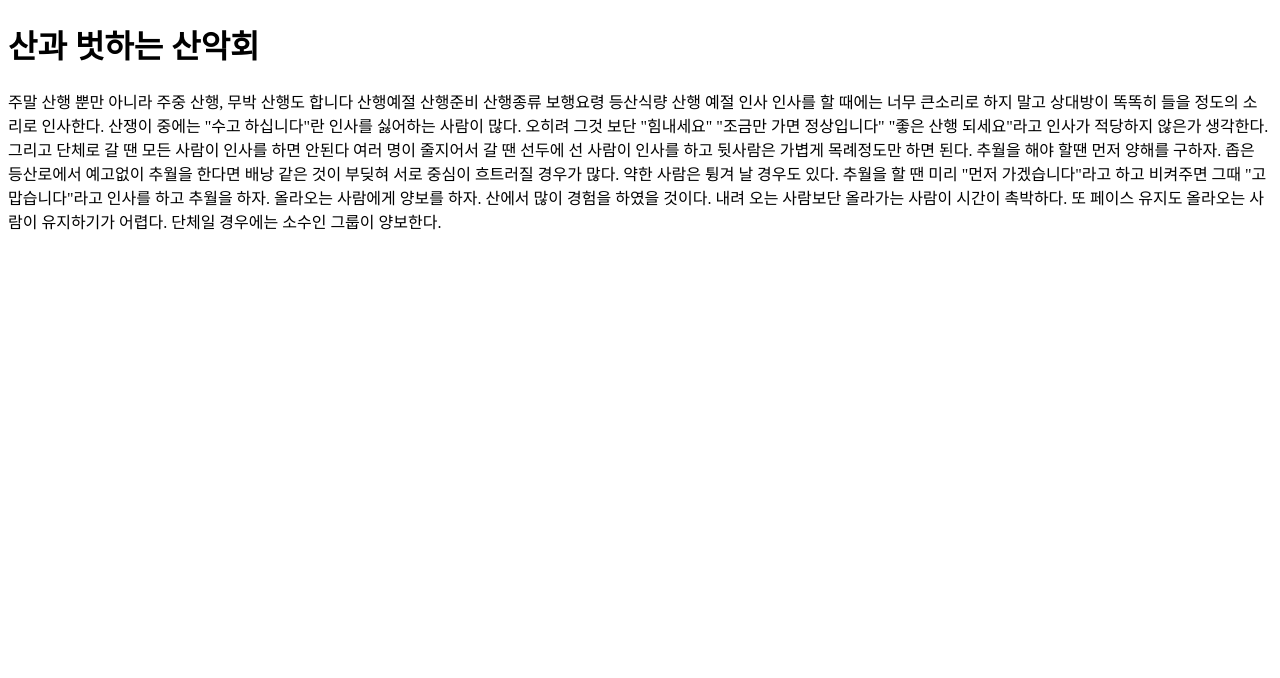
Repository: Cheol-Cheol/KOSA
Page: Kcc_web/Html/WebContent/sample1.html
An editor plug-in stored every save of this project. The page is shown before and after the next save, followed by the edit.
The browser window is 1280 px wide. The pictures show the whole page.

Above is the page before, as saved 2024-07-08 06:46:31.

### Kcc_web/Html/WebContent/sample1.html
<!DOCTYPE html>
<html>
<head>
<meta charset="UTF-8">
<title>Insert title here</title>
</head>
<body>
	<header>
		<h1>산과 벗하는 산악회</h1>
	</header>

	주말 산행 뿐만 아니라 주중 산행, 무박 산행도 합니다 산행예절 산행준비 산행종류 보행요령 등산식량 산행 예절 인사 인사를 할
	때에는 너무 큰소리로 하지 말고 상대방이 똑똑히 들을 정도의 소리로 인사한다. 산쟁이 중에는 "수고 하십니다"란 인사를 싫어하는
	사람이 많다. 오히려 그것 보단 "힘내세요" "조금만 가면 정상입니다" "좋은 산행 되세요"라고 인사가 적당하지 않은가
	생각한다. 그리고 단체로 갈 땐 모든 사람이 인사를 하면 안된다 여러 명이 줄지어서 갈 땐 선두에 선 사람이 인사를 하고
	뒷사람은 가볍게 목례정도만 하면 된다. 추월을 해야 할땐 먼저 양해를 구하자. 좁은 등산로에서 예고없이 추월을 한다면 배낭 같은
	것이 부딪혀 서로 중심이 흐트러질 경우가 많다. 약한 사람은 튕겨 날 경우도 있다. 추월을 할 땐 미리 "먼저 가겠습니다"라고
	하고 비켜주면 그때 "고맙습니다"라고 인사를 하고 추월을 하자. 올라오는 사람에게 양보를 하자. 산에서 많이 경험을 하였을
	것이다. 내려 오는 사람보단 올라가는 사람이 시간이 촉박하다. 또 페이스 유지도 올라오는 사람이 유지하기가 어렵다. 단체일
	경우에는 소수인 그룹이 양보한다.
</body>
</html>

After the next save:
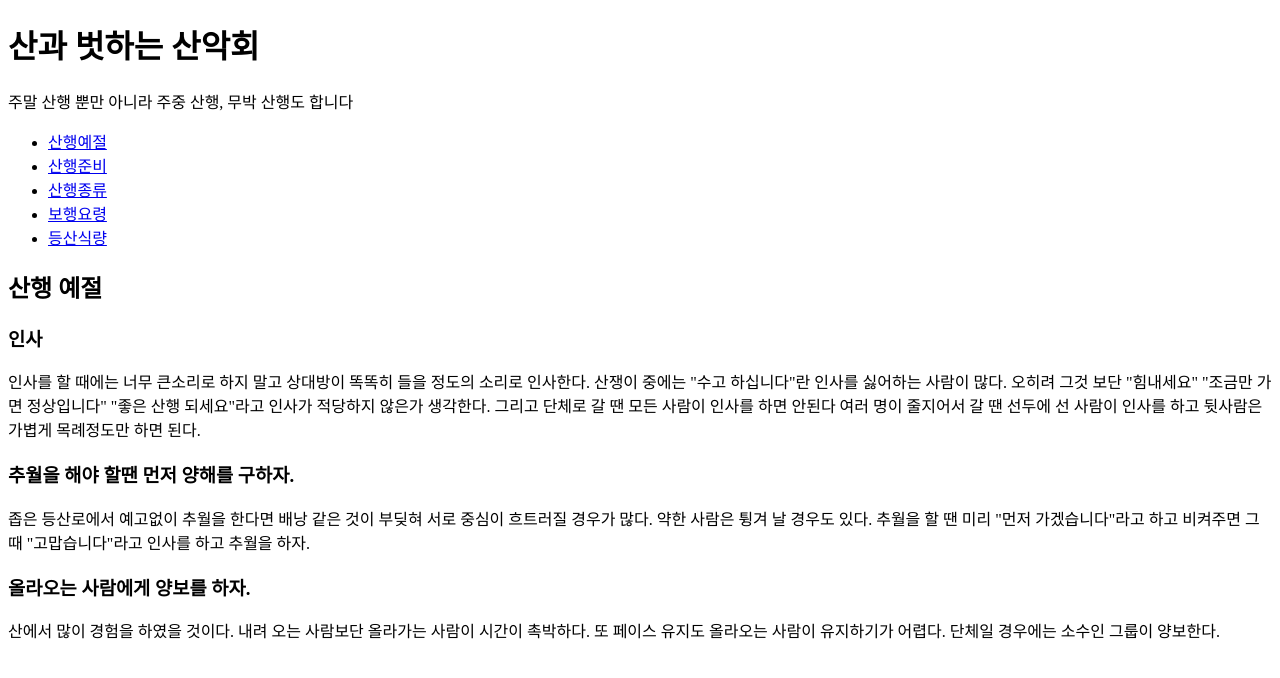
Saved 6 min 19 s later.
--- a/Kcc_web/Html/WebContent/sample1.html
+++ b/Kcc_web/Html/WebContent/sample1.html
@@ -7,16 +7,65 @@
 <body>
 	<header>
 		<h1>산과 벗하는 산악회</h1>
+		<p>주말 산행 뿐만 아니라 주중 산행, 무박 산행도 합니다</p>
 	</header>
 
-	주말 산행 뿐만 아니라 주중 산행, 무박 산행도 합니다 산행예절 산행준비 산행종류 보행요령 등산식량 산행 예절 인사 인사를 할
-	때에는 너무 큰소리로 하지 말고 상대방이 똑똑히 들을 정도의 소리로 인사한다. 산쟁이 중에는 "수고 하십니다"란 인사를 싫어하는
-	사람이 많다. 오히려 그것 보단 "힘내세요" "조금만 가면 정상입니다" "좋은 산행 되세요"라고 인사가 적당하지 않은가
-	생각한다. 그리고 단체로 갈 땐 모든 사람이 인사를 하면 안된다 여러 명이 줄지어서 갈 땐 선두에 선 사람이 인사를 하고
-	뒷사람은 가볍게 목례정도만 하면 된다. 추월을 해야 할땐 먼저 양해를 구하자. 좁은 등산로에서 예고없이 추월을 한다면 배낭 같은
-	것이 부딪혀 서로 중심이 흐트러질 경우가 많다. 약한 사람은 튕겨 날 경우도 있다. 추월을 할 땐 미리 "먼저 가겠습니다"라고
-	하고 비켜주면 그때 "고맙습니다"라고 인사를 하고 추월을 하자. 올라오는 사람에게 양보를 하자. 산에서 많이 경험을 하였을
-	것이다. 내려 오는 사람보단 올라가는 사람이 시간이 촉박하다. 또 페이스 유지도 올라오는 사람이 유지하기가 어렵다. 단체일
-	경우에는 소수인 그룹이 양보한다.
+
+	<nav>
+		<ul>
+			<li><a href="#">산행예절</a></li>
+			<li><a href="#">산행준비</a></li>
+			<li><a href="#">산행종류</a></li>
+			<li><a href="#">보행요령</a></li>
+			<li><a href="#">등산식량</a></li>
+		</ul>
+	</nav>
+
+	<section id="manner">
+		<header>
+			<h2>산행 예절</h2>
+		</header>
+
+		<section id="greeting">
+			<header>
+				<h3>인사</h3>
+			</header>
+
+			<div>인사를 할 때에는 너무 큰소리로 하지 말고 상대방이 똑똑히 들을 정도의 소리로 인사한다. 산쟁이 중에는
+				"수고 하십니다"란 인사를 싫어하는 사람이 많다. 오히려 그것 보단 "힘내세요" "조금만 가면 정상입니다" "좋은 산행
+				되세요"라고 인사가 적당하지 않은가 생각한다. 그리고 단체로 갈 땐 모든 사람이 인사를 하면 안된다 여러 명이 줄지어서 갈
+				땐 선두에 선 사람이 인사를 하고 뒷사람은 가볍게 목례정도만 하면 된다.</div>
+
+		</section>
+
+		<section>
+			<header>
+				<h3>추월을 해야 할땐 먼저 양해를 구하자.</h3>
+			</header>
+
+			<div>좁은 등산로에서 예고없이 추월을 한다면 배낭 같은 것이 부딪혀 서로 중심이 흐트러질 경우가 많다. 약한
+				사람은 튕겨 날 경우도 있다. 추월을 할 땐 미리 "먼저 가겠습니다"라고 하고 비켜주면 그때 "고맙습니다"라고 인사를 하고
+				추월을 하자.</div>
+		</section>
+
+		<section>
+			<header>
+				<h3>올라오는 사람에게 양보를 하자.</h3>
+				<div>산에서 많이 경험을 하였을 것이다. 내려 오는 사람보단 올라가는 사람이 시간이 촉박하다. 또 페이스
+					유지도 올라오는 사람이 유지하기가 어렵다. 단체일 경우에는 소수인 그룹이 양보한다.</div>
+			</header>
+		</section>
+	</section>
+
+
+
+
+
+
+
+
+
+
+
 </body>
 </html>
